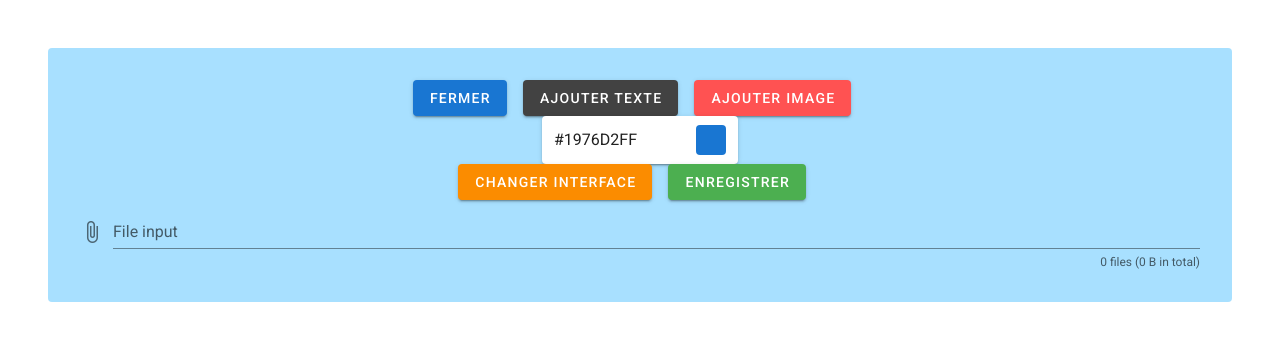
Repository: Hamagistral/BannerApp-Vue
Page: /#/dynamicPage
The author's editor kept a copy of each file at every save. The page is drawn from the files as they stood at one save, then again after the next save.
The browser window is 1280 px wide. The pictures show the whole page.
The project was rebuilt for these pictures with package versions that can differ from the ones it lists, and the page was loaded fresh each time. Also part of the build but not shown: vue.config.js, src/components/WidgetText.vue, src/components/WidgetImage.vue, src/components/Home.vue.

Above is the page before, as saved 2023-02-07 01:46:25.

### public/index.html
<!DOCTYPE html>
<html lang="en">
  <head>
    <meta charset="utf-8">
    <meta http-equiv="X-UA-Compatible" content="IE=edge">
    <meta name="viewport" content="width=device-width,initial-scale=1.0">
    <link rel="icon" href="<%= BASE_URL %>favicon.ico">
    <title>Banner App</title>
    <link rel="stylesheet" href="https://fonts.googleapis.com/css?family=Roboto:100,300,400,500,700,900">
    <link rel="stylesheet" href="https://cdn.jsdelivr.net/npm/@mdi/font@latest/css/materialdesignicons.min.css">
  </head>
  <body>
    <noscript>
      <strong>We're sorry but Banner App doesn't work properly without JavaScript enabled. Please enable it to continue.</strong>
    </noscript>
    <div id="app"></div>
    <!-- built files will be auto injected -->
  </body>
</html>

### src/App.vue
<template>
  <v-app>
    <v-main>
      <v-container class="pa-12" fluid>
        <router-view align="center" justify="center" ></router-view>
      </v-container>
    </v-main>
  </v-app>
</template>

<script>

export default {
  name: "App",
  components: {},
};
</script>

### src/router/index.js
import Vue from 'vue'
import VueRouter from 'vue-router'
import DynamicPage from '../components/DynamicPage'
import Home from "../components/Home";

Vue.use(VueRouter)

const routes = [
  {
    path: '/',
    name: 'home',
    component: Home
  },
  {
    path: '/dynamicPage',
    name: 'dynamicPage',
    component: DynamicPage
  },

]
const router = new VueRouter({
  routes
})

export default router

### src/components/DynamicPage.vue
<template>
  <div>
    <template>
      <v-form class="primary pa-8 lighten-4 rounded" ref="form" v-model="valid" lazy-validation>
        <v-btn color="primary" class="mr-4">
          Fermer
        </v-btn>

        <v-btn color="secondary" class="mr-4" @click="addMore()">
          Ajouter Texte
        </v-btn>

        <v-btn color="error" class="mr-4" @click="addImage()">
          Ajouter Image
        </v-btn>

        <v-row justify="center" align="center">
          <v-col class="shrink" style="min-width: 220px;">
            <v-text-field v-model="color" v-mask="mask" hide-details class="ma-0 pa-0" solo>
              <template v-slot:append>
                <v-menu v-model="menu" top nudge-bottom="105" nudge-left="16" :close-on-content-click="false">
                  <template v-slot:activator="{ on }">
                    <div :style="swatchStyle" v-on="on" />
                  </template>
                  <v-card>
                    <v-card-text class="pa-0">
                      <v-color-picker v-model="color" flat />
                    </v-card-text>
                  </v-card>
                </v-menu>
              </template>
            </v-text-field>
          </v-col>
        </v-row>

        <v-btn color="warning" class="mr-4">
          Changer Interface
        </v-btn>

        <v-btn color="success" class="mr-4">
          Enregistrer
        </v-btn>


        <template>
          <v-file-input
            show-size
            counter
            multiple
            label="File input"
            v-model="chosenFile"
          ></v-file-input>
        </template>
      </v-form>
    </template>

    <div v-for="(course, index) in courses" :key="`text-${index}`">
      <WidgetText></WidgetText>
    </div>
    <div v-for="(file, index) in previewImages" :key="`image-${index}`">
      <WidgetImage :previews="file" vif="file"></WidgetImage>
    </div>
  </div>
</template>

<script>
import WidgetText from "./WidgetText";
import WidgetImage from "./WidgetImage";

export default {
  name: "dynamicPage",
  components: {
    WidgetText,
    WidgetImage,
  },
  props: {
    msg: String,
  },
  data() {
    return {
      chosenFile: null,
      valid: false,

      preview: [
        {
          name: "AAA.jpg",
          chosenFile: "yasser",
        },
      ],

      previewImages: [],
      courses: 0,
      color: '#1976D2FF',
      mask: '!#XXXXXXXX',
      menu: false,
    };
  },
  watch: {
    chosenFile: {
      handler(nw, od) {
        console.log(nw);
      },
      deep: true,
    },
  },
  methods: {
    clean() {
      this.chosenFile = null;
    },
    addMore() {
      this.courses += 1;
    },
    addImage() {
      if(this.chosenFile) {
      this.previewImages.push(...this.chosenFile);
      this.clean();
      } else {
        alert('Erreur, Veuillez choisir !')
      }
    },
  },
  computed: {
    swatchStyle() {
      const { color, menu } = this
      return {
        backgroundColor: color,
        cursor: 'pointer',
        height: '30px',
        width: '30px',
        borderRadius: menu ? '50%' : '4px',
        transition: 'border-radius 200ms ease-in-out'
      }
    },
  },
};
</script>

Loaded but not shown: src/main.js (common file); src/store/index.js (common file); src/plugins/vuetify.js (common file)

After the next save:
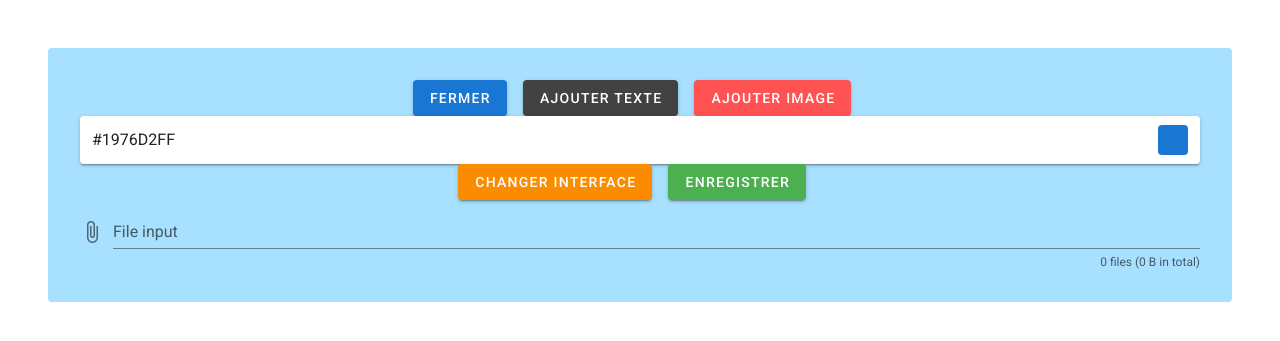
Saved 20 s later.
--- a/src/components/DynamicPage.vue
+++ b/src/components/DynamicPage.vue
@@ -14,8 +14,6 @@
           Ajouter Image
         </v-btn>
 
-        <v-row justify="center" align="center">
-          <v-col class="shrink" style="min-width: 220px;">
             <v-text-field v-model="color" v-mask="mask" hide-details class="ma-0 pa-0" solo>
               <template v-slot:append>
                 <v-menu v-model="menu" top nudge-bottom="105" nudge-left="16" :close-on-content-click="false">
@@ -30,8 +28,6 @@
                 </v-menu>
               </template>
             </v-text-field>
-          </v-col>
-        </v-row>
 
         <v-btn color="warning" class="mr-4">
           Changer Interface
